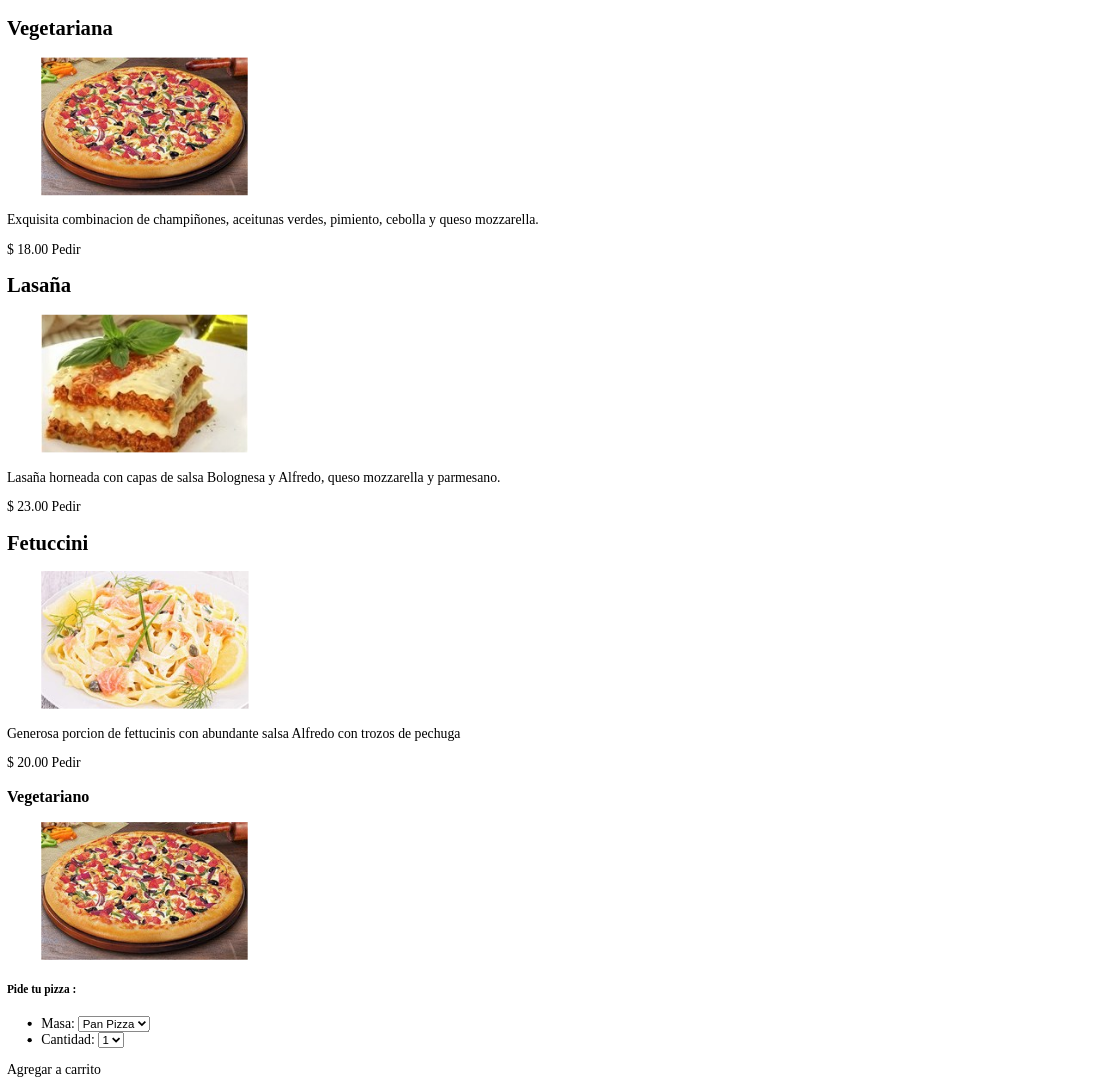
Repository: ProSoft-PDSI/sdsddo
Page: http://localhost/sdsr/Especiales
The author's editor kept a copy of each file at every save. The page is drawn from the files as they stood at one save, then again after the next save.
The browser window is 1280 px wide. The pictures show the whole page, at 86% of full size.
The page is served by Tomcat 9. Queries for data that is not in the repository find no rows.

Above is the page before, as saved 2014-07-21 00:37:16.

After the next save:
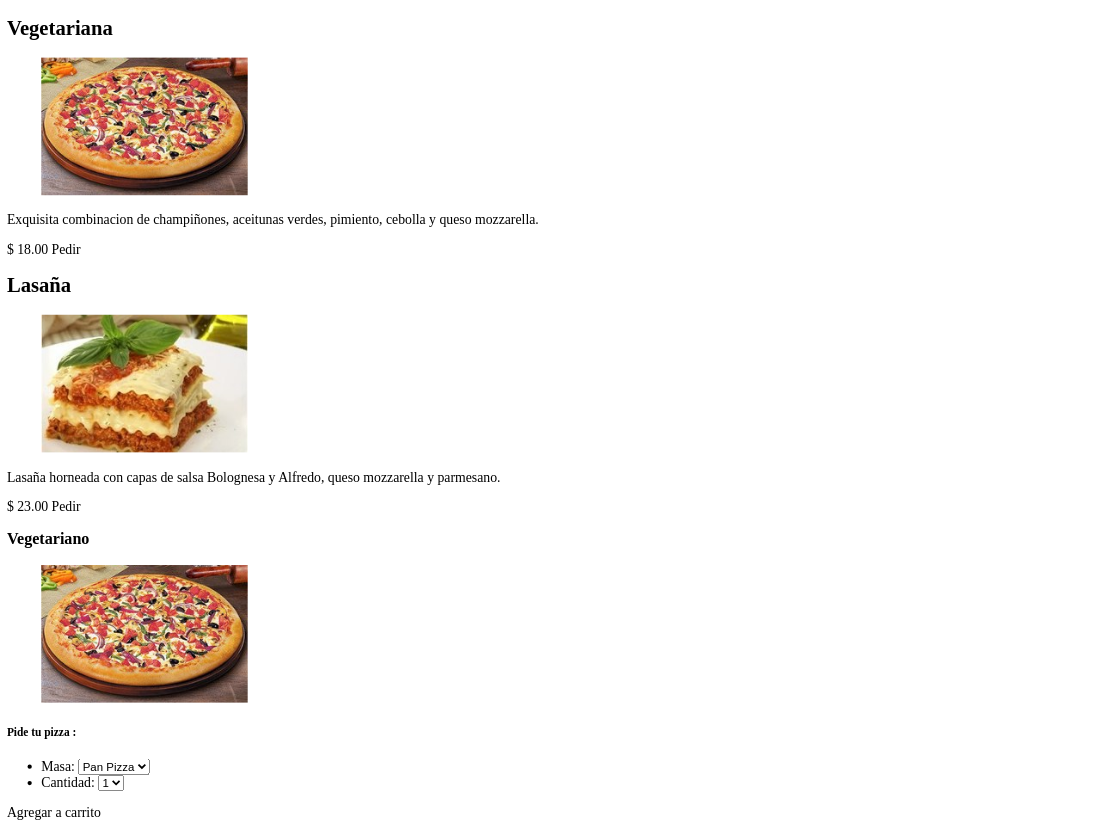
Saved 11 s later.
--- a/Web/sdsr/WebContent/Especiales.jsp
+++ b/Web/sdsr/WebContent/Especiales.jsp
@@ -31,16 +31,6 @@
 								<figure><img src="images/esp_2.jpg" alt="" ></figure>
 								<p class="pad_bot1">Lasaña horneada con capas de salsa Bolognesa y Alfredo, queso mozzarella y parmesano.</p>
 								<a class="md-trigger" data-modal="modal-2" class="button1">$ 23.00 Pedir</a>
-							</div>
-						</div>
-					</section>
-					<section class="cols pad_left1">
-						<div class="box">
-							<div>
-								<h2> Fetuccini</h2>
-								<figure><img src="images/esp_3.jpg" alt="" ></figure>
-								<p class="pad_bot1"> Generosa porcion de fettucinis con abundante salsa Alfredo con trozos de pechuga</p>
-								<a class="md-trigger" data-modal="modal-3" class="button1">$ 20.00 Pedir</a>
 							</div>
 						</div>
 					</section>
